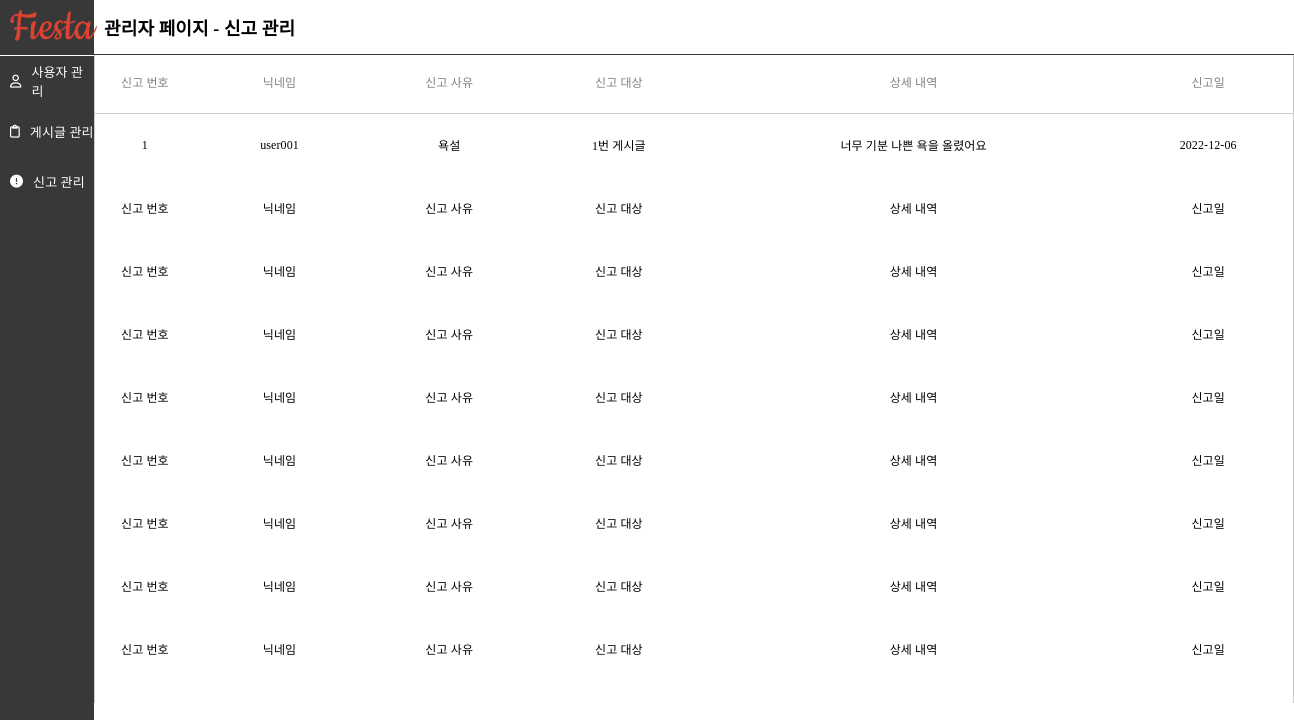
Repository: SNSFiestaTeam/Fiesta
Page: Fiesta/src/main/webapp/html/management/management-report.html
These files come from the project's save history. The page is drawn as it stood at one moment and after the next save; the edit follows.
The browser window is 1280 px wide. The page is 1294 px wide, so the pictures cover 1294 px, including what lies to the right of the window. The pictures show the whole page.
An inner scrolling area shows only its first screen. Some web fonts or font styles are not loaded; a fallback is used. Some web libraries are served in a nearby version.

Above is the page before, as saved 2022-12-06 12:43:41.

### Fiesta/src/main/webapp/html/management/management-report.html
<!DOCTYPE html>
<html lang="en">
<head>
  <meta charset="UTF-8">
  <meta http-equiv="X-UA-Compatible" content="IE=edge">
  <meta name="viewport" content="width=device-width, initial-scale=1.0">
  <link rel="stylesheet" href="../../resources/css/common-style.css">
  <link rel="stylesheet" href="../../resources/css/management/management.css">
  <script
      src="https://kit.fontawesome.com/591746f9e8.js"
      crossorigin="anonymous"
    ></script>
  <title>관리자페이지</title>
</head>
<body>
  <sidebar class="sidebar">
    <span class="title">Fiesta</span>
    <a href="#" class="bar-item button"><i class="fa-regular fa-user"></i> 사용자 관리</a>
    <a href="#" class="bar-item button"><i class="fa-regular fa-clipboard"></i>게시글 관리</a>
    <a href="#" class="bar-item button"><i class="fa-solid fa-circle-exclamation"></i>신고 관리</a>
  </sidebar>

  <main class ="management-container">

    <div class="management-title">
      <h1>관리자 페이지 - 신고 관리</h1>
    </div>

    <div class="management-content">
      <span class="report-count">전체 신고 0건</span>
      <section class="report-container">
        <span  class="row rh">
          <span class="cor1">신고 번호</span>
          <span class="cor2">닉네임</span>
          <span class="cor3">신고 사유</span>
          <span class="cor4">신고 대상</span>
          <span class="cor5">상세 내역</span>
          <span class="cor6">신고일</span>
        </span>
        <a href="" class="row report">
          <span class="cor1">1</span>
          <span class="cor2">user001</span>
          <span class="cor3">욕설</span>
          <span class="cor4">1번 게시글</span>
          <span class="cor5">너무 기분 나쁜 욕을 올렸어요</span>
          <span class="cor6">2022-12-06</span>
        </a>
        <div class="row report">
          <span class="cor1">신고 번호</span>
          <span class="cor2">닉네임</span>
          <span class="cor3">신고 사유</span>
          <span class="cor4">신고 대상</span>
          <span class="cor5">상세 내역</span>
          <span class="cor6">신고일</span>
        </div>
        <div class="row report">
          <span class="cor1">신고 번호</span>
          <span class="cor2">닉네임</span>
          <span class="cor3">신고 사유</span>
          <span class="cor4">신고 대상</span>
          <span class="cor5">상세 내역</span>
          <span class="cor6">신고일</span>
        </div>
        <div class="row report">
          <span class="cor1">신고 번호</span>
          <span class="cor2">닉네임</span>
          <span class="cor3">신고 사유</span>
          <span class="cor4">신고 대상</span>
          <span class="cor5">상세 내역</span>
          <span class="cor6">신고일</span>
        </div>
        <div class="row report">
          <span class="cor1">신고 번호</span>
          <span class="cor2">닉네임</span>
          <span class="cor3">신고 사유</span>
          <span class="cor4">신고 대상</span>
          <span class="cor5">상세 내역</span>
          <span class="cor6">신고일</span>
        </div>
        <div class="row report">
          <span class="cor1">신고 번호</span>
          <span class="cor2">닉네임</span>
          <span class="cor3">신고 사유</span>
          <span class="cor4">신고 대상</span>
          <span class="cor5">상세 내역</span>
          <span class="cor6">신고일</span>
        </div>
        <div class="row report">
          <span class="cor1">신고 번호</span>
          <span class="cor2">닉네임</span>
          <span class="cor3">신고 사유</span>
          <span class="cor4">신고 대상</span>
          <span class="cor5">상세 내역</span>
          <span class="cor6">신고일</span>
        </div>
        <div class="row report">
          <span class="cor1">신고 번호</span>
          <span class="cor2">닉네임</span>
          <span class="cor3">신고 사유</span>
          <span class="cor4">신고 대상</span>
          <span class="cor5">상세 내역</span>
          <span class="cor6">신고일</span>
        </div>
        <div class="row report">
          <span class="cor1">신고 번호</span>
          <span class="cor2">닉네임</span>
          <span class="cor3">신고 사유</span>
          <span class="cor4">신고 대상</span>
          <span class="cor5">상세 내역</span>
          <span class="cor6">신고일</span>
        </div>
        <div class="row report">
          <span class="cor1">신고 번호</span>
          <span class="cor2">닉네임</span>
          <span class="cor3">신고 사유</span>
          <span class="cor4">신고 대상</span>
          <span class="cor5">상세 내역</span>
          <span class="cor6">신고일</span>
        </div>

      </section>
    </div>

  </main>


  <script src="/resources/js/management/management.js"></script>
</body>
</html>

### Fiesta/src/main/webapp/resources/css/common-style.css
@import url('https://fonts.googleapis.com/css2?family=Noto+Sans+KR:wght@100;300;400;500;700;900&display=swap');
@import url('https://fonts.googleapis.com/css2?family=Chewy&display=swap');
@import url('https://fonts.googleapis.com/css2?family=Leckerli+One&display=swap');
@import url('https://fonts.googleapis.com/css2?family=Cookie&display=swap');
@import './root-style.css';
@import url('https://fonts.googleapis.com/css2?family=Nanum+Gothic:wght@400;700;800&display=swap');
@import url('https://fonts.googleapis.com/css2?family=IBM+Plex+Sans+KR:wght@100;200;300;400;500&display=swap');

@font-face {
  font-family: 'NanumSquareNeo-Variable';
  src: url('https://cdn.jsdelivr.net/gh/projectnoonnu/noonfonts_11-01@1.0/NanumSquareNeo-Variable.woff2') format('woff2');
  font-weight: normal;
  font-style: normal;
}

@font-face {
  font-family: 'NanumBarunGothic';
  font-style: normal;
  font-weight: 400;
  src: url('//cdn.jsdelivr.net/font-nanumlight/1.0/NanumBarunGothicWeb.eot');
  src: url('//cdn.jsdelivr.net/font-nanumlight/1.0/NanumBarunGothicWeb.eot?#iefix') format('embedded-opentype'), url('//cdn.jsdelivr.net/font-nanumlight/1.0/NanumBarunGothicWeb.woff') format('woff'), url('//cdn.jsdelivr.net/font-nanumlight/1.0/NanumBarunGothicWeb.ttf') format('truetype');
 }

 @font-face {
  font-family: 'S-CoreDream-3Light';
  src: url('https://cdn.jsdelivr.net/gh/projectnoonnu/noonfonts_six@1.2/S-CoreDream-3Light.woff') format('woff');
  font-weight: normal;
  font-style: normal;
}

@font-face {
  font-family: 'SUIT-Regular';
  src: url('https://cdn.jsdelivr.net/gh/projectnoonnu/noonfonts_suit@1.0/SUIT-Regular.woff2') format('woff2');
  font-weight: normal;
  font-style: normal;
}
/* 전체 적용 스타일 */
* {
  margin: 0;
  padding: 0;
  box-sizing: border-box;
  list-style: none;
  /* font-family: 'Noto Sans KR', sans-serif; */
  /* font-family: 'Nanum Gothic', sans-serif; */
  /* font-family: 'IBM Plex Sans KR', sans-serif; */
  font-family: 'NanumSquareNeo-Variable';
  /* font-family: 'NanumBarunGothic'; */
  /* font-family: 'SUIT-Regular'; */
  letter-spacing: 0.1px;
}

a {
  text-decoration: none;
  color: black;
}

body {
  width: vw;
  font-size: 18px;
}

button {
  border: none;
  background-color: white;
}

footer {
  width: 100%;
  height: 134px;
  color: gray;
  font-size: var(--small-font-size);
  padding-bottom: 40px;

  display: flex;
  flex-direction: column;
  justify-content: space-around;
  align-items: center;
}

footer a {
  color: gray;
}

header {
  width: 100%;
  height: 60px;
  border-bottom: 1px solid #ccc;

  position: sticky;
  top: 0;
  background-color: white;

  display: flex;
  justify-content: center;
  z-index: 2;
}

header > section {
  width: 1000px;
  padding: 0 20px;

  display: flex;
  justify-content: space-between;
  align-items: center;
}

.logo-section a {
  font-family: 'Cookie', cursive;
  /* font-family: 'Chewy', cursive; */
  color: #dd4132;
  font-size: 50px;
  width: 120px;
  height: auto;
}

#logo {
  width: 120px;
  height: auto;
}

.search-section {
  width: 50%;

  display: flex;
  justify-content: center;
}

.search-section fieldset {
  height: 36px;
  width: 90%;
  background-color: --main-font-color;
  border: none;
  border-radius: 5px;

  display: flex;
  justify-content: center;
  align-items: center;
}

.search-section fieldset input {
  width: 200px;
}

#searchX {
  display: flex;
  justify-content: center;
  align-items: center;

  border-radius: 50%;

  display: none;
}

#searchX > i {
  background-color: #ccc;
  display: block;
  width: 15px;
  height: 15px;
  border-radius: 50%;
  font-size: 10px;

  display: flex;
  justify-content: center;
  align-items: center;
  color: white;
}

.search-section fieldset:focus-within > #search-glass {
  display: none;
}

.search-section fieldset:focus-within > #searchX {
  display: inline;
}

.search-section fieldset > input {
  height: 25px;
  border: none;
  outline: none;
  font-size: var(--madium-font-size);

  flex-basis: 80%;
}

.search-section fieldset > button {
  height: 25px;
  margin-right: 10px;
  font-size: 16px;
  color: var(--main-font-color);

  flex-basis: 10%;
}

nav {
  min-width: 300px;
}

nav > ul {
  font-size: var(--large-icon-size);

  display: flex;
  justify-content: space-between;
}

nav li {
  margin-left: 10px;
  flex-shrink: 0;

  text-align: center;
}

nav li > button {
  width: 100%;
  height: 100%;
  font-size: var(--large-icon-size);
}

nav li > button:active {
  color: var(--main-font-color);
}

nav li > a:active {
  color: var(--main-font-color);
}

nav i {
  flex-shrink: 0;
}

#searchBtn {
  display: none;
}

.toggle-search-section {
  display: none;
}

@media screen and (min-width: 1024px) {
  /* Desktop */
}

@media screen and (min-width: 471px) and (max-width: 1023px) {
  /* Tablet */
}

@media screen and (max-width: 780px) {
  .search-section > form {
    display: none;
  }

  #searchBtn {
    display: inline;
  }

  .toggle-search-section {
    width: 100vw;
    height: 80px;

    position: sticky;
    top: 60px;

    display: flex;
    justify-content: center;
    align-items: center;
    z-index: 40;
    display: none;
  }

  .toggle-search-section fieldset {
    height: 38px;
    width: 100%;
    background-color: #ffffff90;
    border: 1px solid #8e8e8e;
    border-radius: 5px;
    padding-left: 10px;

    display: flex;
    justify-content: center;
    align-items: center;
  }

  .toggle-search-section fieldset > input {
    height: 100%;
    width: 100%;
    border: none;
    outline: none;
    font-size: var(--madium-font-size);
    background-color: #ffffff00;

    flex-basis: 80%;
  }

  .toggle-search-section fieldset > button {
    height: 30px;
    margin-right: 10px;
    font-size: 16px;
    color: var(--fiesta-color);
    background-color: #ffffff00;

    flex-basis: 10%;
  }
}

@media screen and (max-width: 470px) {
  /* mobile */

  html {
    width: 100%;
  }

  body {
    width: vw;
  }

  footer {
    display: none;
  }

  #header-section {
    width: vw;
  }

  #newPost {
    width: 60px;
    height: 60px;
    border: 2px solid #8e8e8e;
    border-radius: 50%;
    background-color: white;
    display: flex;
    justify-content: center;
    align-items: center;

    font-size: 30px;

    position: fixed;
    bottom: 20px;
    right: 10px;
  }
}

#header-menu-toggle{
  display: none;
}

label[for='header-menu-toggle'] {
  cursor: pointer;
}

/* 체크박스 다음 div */
#toggle-menu{
  display: none;
}

/* 체크박스가 체크된 경우 다음 div */
#header-menu-toggle:checked + div{
  display: block;
}

.header-menu-parent{
  position: relative;
}

#toggle-menu{
  position: absolute;
  top: 30px;
  right: -10px;
  z-index: 500;
  width: 150px;
  height: 100px;
  background-color: white;
  box-shadow: 0px 0px 1px gray;
  border-radius: 6px;
}


#toggle-menu > a{
  display: flex;
  height: 50%;
  justify-content: center;
  align-items: center;
  font-size: 14px;
  font-weight: bold;
}

#toggle-menu > a:first-child{
  border-bottom: 1px solid #ccc;
}

### Fiesta/src/main/webapp/resources/css/management/management.css
@import '../root-style.css';

@font-face {
  font-family: 'NanumSquareNeo-Variable';
  src: url('https://cdn.jsdelivr.net/gh/projectnoonnu/noonfonts_11-01@1.0/NanumSquareNeo-Variable.woff2') format('woff2');
  font-weight: normal;
  font-style: normal;
}

* {
  font-family: 'NanumSquareNeo-Variable';
}

body {
  display: flex;
  width: 100%;
  height: 100vh;

  overflow-y: hidden;
}

/* 사이드 바 */
.sidebar{
  flex-grow: 0;
  width: 200px;
  height: 100%;
  background-color: rgb(56, 56, 56);
  color: white;

  display: flex;
  flex-direction: column;


  font-size: 13px;
}


.title {
  font-size: 50px;
  color: var(--fiesta-color);
  font-family: 'Cookie', cursive;
  border-bottom: 1px solid white;
  padding-left: 10px;
}

.button {
  color: white;
  width: 100%;
  height: 50px;

  display: flex;
  align-items: center;

  padding-left: 10px;
}

.button > *{
  margin-right: 10px;
}


.button:hover {
  background-color: white;
  color: rgb(56, 56, 56);
}

.management-container {
  width: 100%;
  height: 100%;

}

/* 관리자 페이지 타이틀 */
.management-title{
  display: flex;
  align-items: center;

  height: 55px;
  font-size: 9px;

  border-bottom: 1px solid rgb(56, 56, 56);
  padding-left: 10px

}

/* 관리자 페이지 내용 */
.management-content {
  height: 90%;

  display: flex;
  flex-direction: column;
  justify-content: center;
  align-items: center;

  overflow-y: scroll;
}

.report-count {
  display: inline-block;
  width: 1200px;
  margin-bottom: 10px;
}

.report-container {
  border: 1px solid #ccc;

  width: 1200px;
  height: 700px;
}

.row {
  height: 63px;
  display: flex;
  align-items: center;
  justify-content: space-around;
}

.rh {
  color: grey;
  border-bottom: 1px solid #ccc;
}

.report:hover {
  background-color: var(--fiesta-color);
  color:white;
}

.row > span {

  font-size: 12px;

  text-align: center;

}

.cor1 {
  width: 80px;
}

.cor2 {
  width: 150px;
}
.cor3 {
  width: 150px;
}
.cor4 {
  width: 150px;
}
.cor5 {
  width: 400px;
}
.cor6 {
  width: 150px;
}

### Fiesta/src/main/webapp/resources/js/management/management.js


function w3_open() {
  document.getElementById("mySidebar").style.display = "block";
}

function w3_close() {
  document.getElementById("mySidebar").style.display = "none";
}

### Fiesta/src/main/webapp/resources/css/root-style.css
/* 루트 함수
공동으로 사용할 스타일을 미리 지정해놓고 사용 가능
스타일 지정시 지정할 스타일: 루트 함수명 으로 사용 가능
--만 타이핑 하면 자동완성 리스트가 뜨고
선택하면 var()함수까지 자동완성됨 */
:root {
  --background-color: white;
  --main-font-color: #8e8e8e;
  --icon-button-color: #262626;
  --point-font-color: #0095f6;
  --mention-font-color: #00376b;
  --fiesta-color: #dd4132;
  --small-font-size: 12px;
  --main-font-size: 13px;
  --medium-font-size: 16px;
  --large-icon-size: 24px;
}

After the next save:
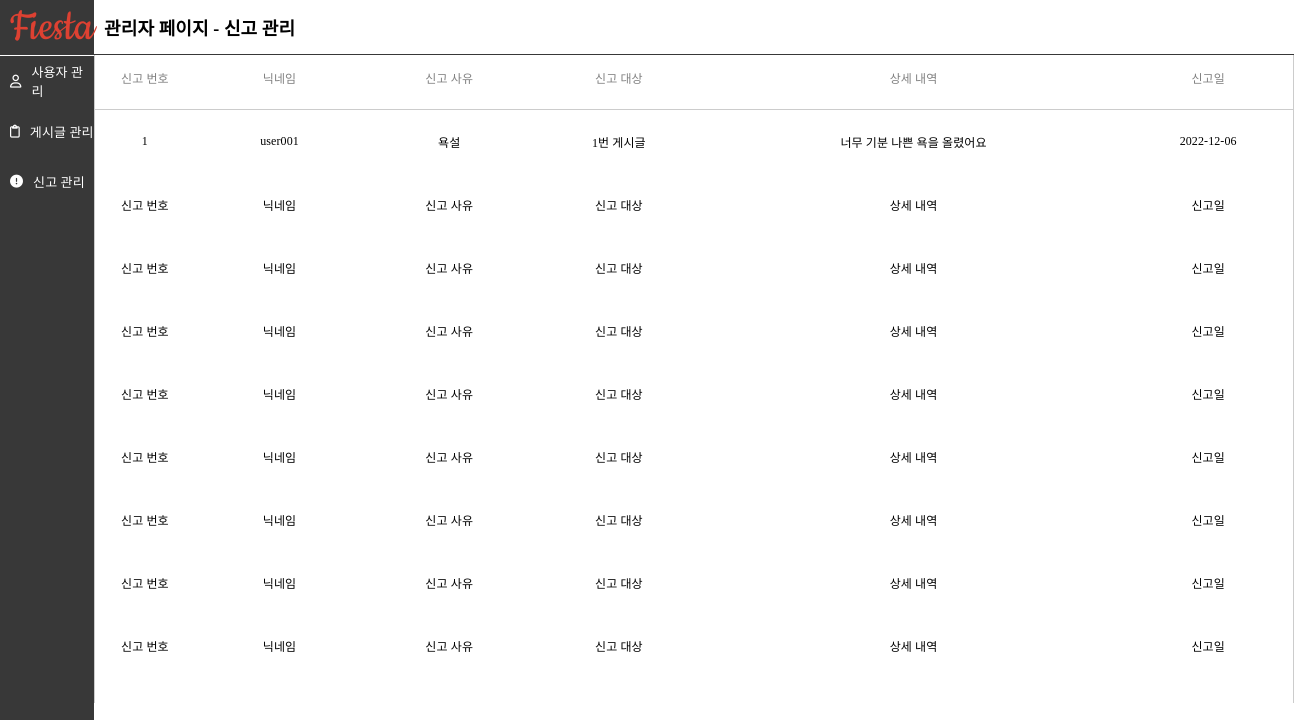
Saved 11 s later.
--- a/Fiesta/src/main/webapp/resources/css/management/management.css
+++ b/Fiesta/src/main/webapp/resources/css/management/management.css
@@ -99,6 +99,7 @@ body {
   display: inline-block;
   width: 1200px;
   margin-bottom: 10px;
+  font-size: 13px
 }
 
 .report-container {
